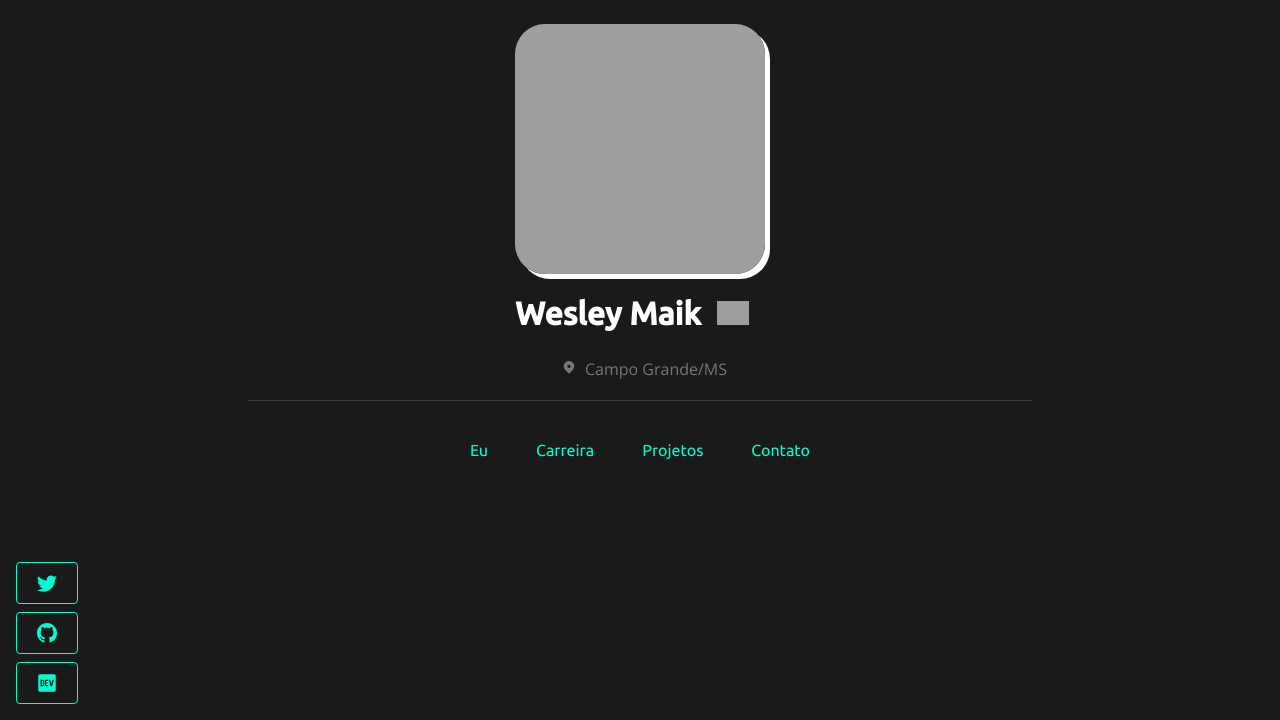
Repository: WesleyMaik/wesleymaik.github.io
Page: /
The author's editor kept a copy of each file at every save. The page is drawn from the files as they stood at one save, then again after the next save.
The browser window is 1280 px wide. The pictures show the whole page.
Pictures or frames that could not be fetched are drawn as grey boxes. The page's requests for data from a server got no answer. The project was rebuilt for these pictures with package versions that can differ from the ones it lists, and the page was loaded fresh each time. No one was signed in, and anything a server would have sent is missing. Also part of the build but not shown: vite.config.ts.

Above is the page before, as saved 2022-08-08 17:36:53.

### index.html
<!DOCTYPE html>
<html lang="pt-br">
  <head>
    <meta charset="UTF-8" />
    <link rel="icon" type="image/svg+xml" href="/vite.svg" />
    <meta name="viewport" content="width=device-width, initial-scale=1.0" />
    <title>Wesley Maik - Portifólio</title>
  </head>
  <body>
    <div id="root"></div>
    <script type="module" src="/src/main.tsx"></script>
  </body>
</html>

### src/main.tsx
//Modules
import React from 'react'
import ReactDOM from 'react-dom/client'
import App from './pages'

//Style
import "./styles/global.scss";

ReactDOM.createRoot(document.getElementById('root') as HTMLElement).render(
  <React.StrictMode>
    <App />
  </React.StrictMode>
)

### src/pages/index.tsx
//Modules
import styled from "styled-components";

//Components
import Header from "../components/template/header";

const App = () => {
    const Main = styled.main`
      max-width:800px;

      position:relative;

      margin:auto;
    `;

    return(
      <Main className="test">
        <Header />
      </Main>
    );
};

export default App

### src/styles/global.scss
//Fonts
@import url('https://fonts.googleapis.com/css2?family=Open+Sans:wght@300;400;600&family=Poppins:wght@300;400;600&family=Roboto+Mono:wght@300;400;700&family=Ubuntu:wght@300;400;500&display=swap');

:root{
    --bg-primary:#181b19;
    --bg-secundary:#2c372e;
    --color-default:#fff;
    --color-primary:#00ffd0;
    --color-secundary:#01dba4;
    --color-fade:#01dba410;
}

*{
    box-sizing: border-box;
    // transition: all ease 0.25s;
}

html, body{
    margin:0;

    color:var(--color-default);
    background-color: var(--bg-primary);

    font-family: 'Arial', 'Tahoma';
}

h1, h2, h3, h4, h5, h6{
    font-family: 'Poppins', 'Arial';
}

p{
    font-family: 'Open Sans', 'Arial';
}

div, span{
    font-family: 'Ubuntu', 'Arial';
}

a{
    color: var(--color-primary);
    text-decoration: none;
}

hr{
    width:100%;
    border:none;
    border-top: 1px solid #ffffff25;
}

### src/components/template/header.tsx
import styled from "styled-components";
import Avatar from "../avatar";
import Github from "./github";
import Navigation from "./navigation";
import { SocialFloat } from "./social";

const Header = () => {
    const Header = styled.header`
        width:100%;
        min-height:20em;

        display:flex;
        flex-direction:column;
        align-items:center;
        gap:0.5em;

        padding:0.5em;
        margin:1em 0;

        .title{
            margin:0.25em 0;
            .icon{
                width:32px;
            }
        }
    `;

    return(
        <Header>
            <Avatar />
            <h1 className="title">
                <span>Wesley Maik</span>
                <img
                    className="icon"
                    src="https://raw.githubusercontent.com/MartinHeinz/MartinHeinz/master/wave.gif"
                    style={{ display: "inline-block", margin:'0 0.5em' }}
                    data-target="animated-image.originalImage"
                />
            </h1>

            <Github />
            <hr />
            <SocialFloat />
            <Navigation />
        </Header>
    )
};

export default Header;

### src/components/avatar/index.tsx
//Modules
import styled from "styled-components";

// https://api.github.com/users/wesleymaik

const Avatar = () => {
    const Content = styled.div`
        width:250px;
        height:250px;

        overflow:hidden;

        border-radius:12%;

        box-shadow:5px 5px 0 #fff;

        .img{
            width:100%;
            height:100%;
        }
    `;

    return(
        <Content>
            <img className="img" src="https://avatars.githubusercontent.com/u/85949116?v=4"/>
        </Content>
    )
};

export default Avatar;

### src/components/template/github.tsx
//Modules
import { useCallback, useEffect, useState } from "react";
import styled from "styled-components";
import { api } from "../../services/api";

//Components
import { TiLocation } from 'react-icons/ti';
import { getGithubStats, setGithubStats } from "../../hook/session";

export interface IGithub {
    login: string;
    id: number;
    node_id: string;
    avatar_url: string;
    gravatar_id: string;
    url: string;
    html_url: string;
    followers_url: string;
    following_url: string;
    gists_url: string;
    starred_url: string;
    subscriptions_url: string;
    organizations_url: string;
    repos_url: string;
    events_url: string;
    received_events_url: string;
    type: string;
    site_admin: boolean;
    name: string;
    company: string;
    blog: string;
    location: string;
    email: string;
    hireable: string;
    bio: string;
    twitter_username: string;
    public_repos: number;
    public_gists: number;
    followers: number;
    following: number;
    created_at: string;
    updated_at: string;
};


const gitInfo = {};

const Github = () => {
    const Container = styled.div`
        width:100%;

        display:flex;
        flex-direction:column;
        justify-content:center;
        align-items:center;
        gap:0.5em;

        .location{
            .title{
                color:#d3d3d380;
            }
        }

        .info{
            width:100%;

            display:flex;
            flex-direction:row;
            gap:0.5em;


            .card{
                width:100%;

                display:flex;
                align-items:center;
                flex-direction:column;
                gap:0.5em;

                padding:1em;

                background-color:var(--color-fade);

                border-radius:4px;

                *{
                    margin:0;
                }

                .title{
                    font-weight:300;
                }
            }
        }
    `;

    const savedData = getGithubStats();

    const [data, setData] = useState<IGithub | null>(savedData || null),
          handleData = useCallback((data:IGithub) => {
            setData(data);
          }, [data])

    useEffect(() => {
        if(!Boolean(savedData)){
            api.get('https://api.github.com/users/wesleymaik')
            .then((response) => {
                const result = response.data as IGithub;
                handleData(result);
                setGithubStats(result)
            })
            .catch((err) => {
                console.log(err);
            });
        };
    });

    return(
        <Container>
                <div className="location">
                    <p className="title"><TiLocation className="icon" />{ data?.location || 'Campo Grande/MS' }</p>
                </div>
                {
                    data &&
                    <>
                    <div className="info">
                        <div className="card">
                            <h2 className="text">{ data?.public_repos }</h2>
                            <h5 className="title">Repositórios</h5>
                        </div>
                        <div className="card">
                            <h2 className="text">{ data?.followers }</h2>
                            <h5 className="title">Seguidores</h5>
                        </div>
                        <div className="card">
                            <h2 className="text">{ data?.following }</h2>
                            <h5 className="title">Seguindo</h5>
                        </div>
                    </div>
                    </>
                }
        </Container>
    )
};

export default Github;

### src/components/template/navigation.tsx
//Modules
import styled from "styled-components";

const Navigation = () => {
    const Container = styled.div`
        display:flex;
        flex-direction:row;
        justify-content:center;
        align-items:center;
        gap:2em;

        padding:1em;

        a{
            padding:0.5em;
            border-bottom:2px solid transparent;

            &:hover{
                background-color:var(--color-fade);
                border-bottom-color:var(--color-primary);
            }

            &:active{
                color: var(--color-secundary);
            }
        }
    `;

    return(
        <Container>
            <a href="#me">Eu</a>
            <a href="#carrer">Carreira</a>
            <a href="#project">Projetos</a>
            <a href="#contact">Contato</a>
        </Container>
    )
};

export default Navigation;

### src/components/template/social.tsx
//Modules
import styled from "styled-components";

//Component
import { BsTwitter, BsGithub } from 'react-icons/bs';
import { FaDev } from 'react-icons/fa';
import { HTMLAttributes } from "react";

interface ISocial extends HTMLAttributes<HTMLDivElement>{
    name?:boolean,
    direction?:"row" | "column"
};

const Social = (props:ISocial) => {
    const Container = styled.div`
        width:100%;

        display:flex;
        flex-direction:${!props.direction ? 'row' : props.direction};
        justify-content:center;
        gap:0.5em;

        z-index:10;

        .btn{
            cursor: pointer;

            display:flex;
            flex-direction:row;
            gap:0.5em;

            color:var(--color-primary);
            font-size:1.25em;

            border:1px solid var(--color-primary);
            border-radius:4px;
            padding:0.5em 1em;

            background-color:var(--bg-primary);

            &:hover{
                background-color:var(--color-fade);
            }

            .text{
                ${!props.name && 'display:none;'}
            }
        }
    `;

    return(
        <Container {...props}>
            <a href="https://twitter.com/euwesleymaik" target="_blank">
                <div className="btn">
                    <BsTwitter />
                    <span className="text">Twitter</span>
                </div>
            </a>
            <a href="https://github.com/WesleyMaik" target="_blank">
                <div className="btn">
                    <BsGithub />
                    <span className="text">Github</span>
                </div>
            </a>
            <a href="https://dev.to/wesleymaik" target="_blank">
                <div className="btn">
                    <FaDev />
                    <span className="text">Dev.to</span>
                </div>
            </a>
        </Container>
    )
};

export const SocialFloat = () => {
    const Container = styled.div`
        position:fixed;
        bottom:0;
        left:0;

        margin:1em;
    `;

    return(
        <Container>
            <Social direction="column"/>
        </Container>
    )
};

export default Social;

### src/services/api.ts
//Modules
import axios from "axios";

//Api
export const api = axios.create();

### src/hook/session.ts
//Modules
import { IGithub } from "../components/template/github";

export const setSession = (key:string, data:any) => {
    const value = JSON.stringify(data);
    sessionStorage.setItem(key, value);
};

export const getSession = (key:string) => {
    const value = JSON.parse(String(sessionStorage.getItem(key))) || null;
    return value;
};

export const getGithubStats = () => {
    return getSession('github_stats') as IGithub;
};

export const setGithubStats = (data:IGithub) => {
    setSession('github_stats', data);
};

After the next save:
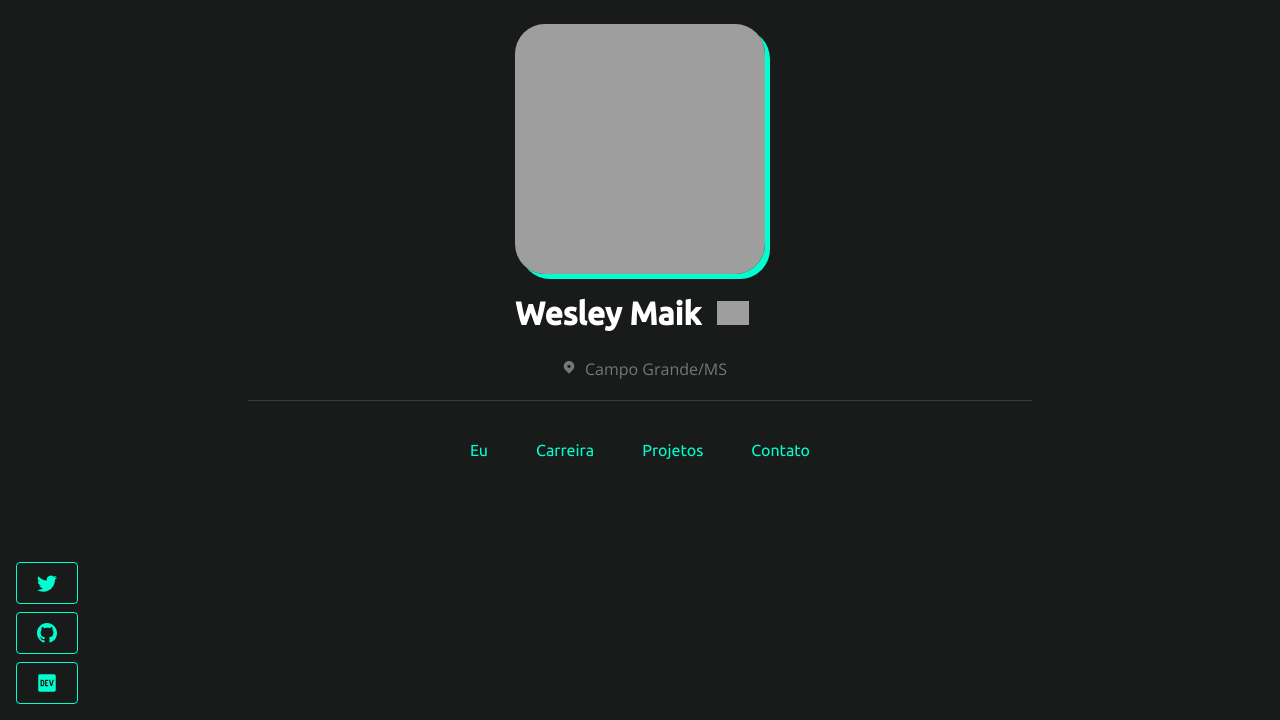
Saved 13 s later.
--- a/src/components/avatar/index.tsx
+++ b/src/components/avatar/index.tsx
@@ -12,7 +12,7 @@
 
         border-radius:12%;
 
-        box-shadow:5px 5px 0 #fff;
+        box-shadow:5px 5px 0 var(--color-primary);
 
         .img{
             width:100%;
